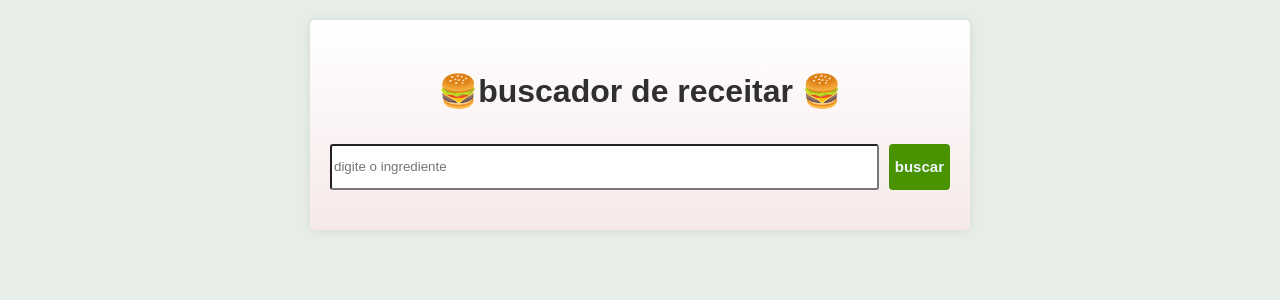
Repository: RoneT9/Receitas
Page: receita.html
An editor plug-in stored every save of this project. The page is shown before and after the next save, followed by the edit.
The browser window is 1280 px wide. The pictures show the whole page.

Above is the page before, as saved 2026-02-09 22:41:26.

After the next save:
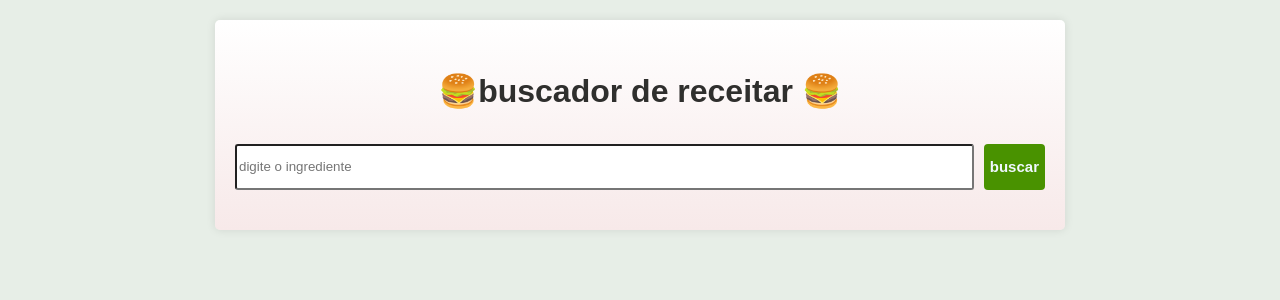
Saved 14 s later.
--- a/receita.css
+++ b/receita.css
@@ -7,7 +7,7 @@ body {
 }
 
 .container {
-  width: 50%;
+  width: 810px;
   background: linear-gradient(to top, rgb(247, 233, 233), white);
   margin: 0 auto;
   padding: 20px;
